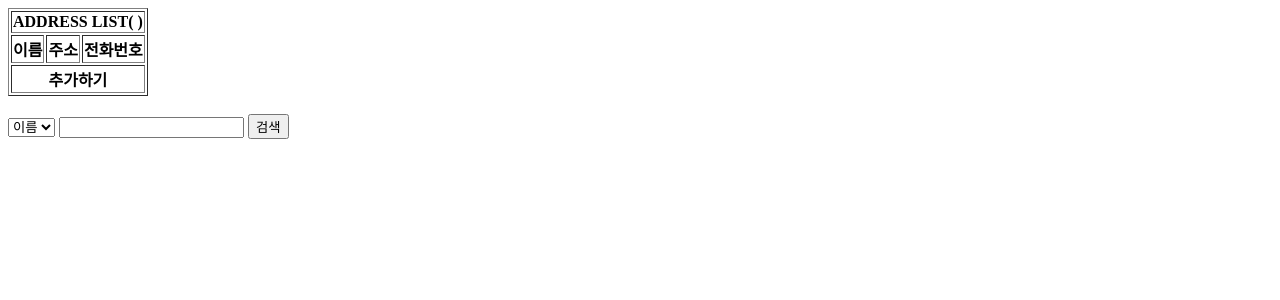
Repository: BosuMamemon/JSP_work
Page: http://localhost/JSP_Project/JQueryAddress/03-06 list.jsp
An editor plug-in stored every save of this project. The page is shown before and after the next save, followed by the edit.
The browser window is 1280 px wide. The pictures show the whole page.
The page is served by Tomcat 9.

Above is the page before, as saved 2025-03-06 06:55:10.

After the next save:
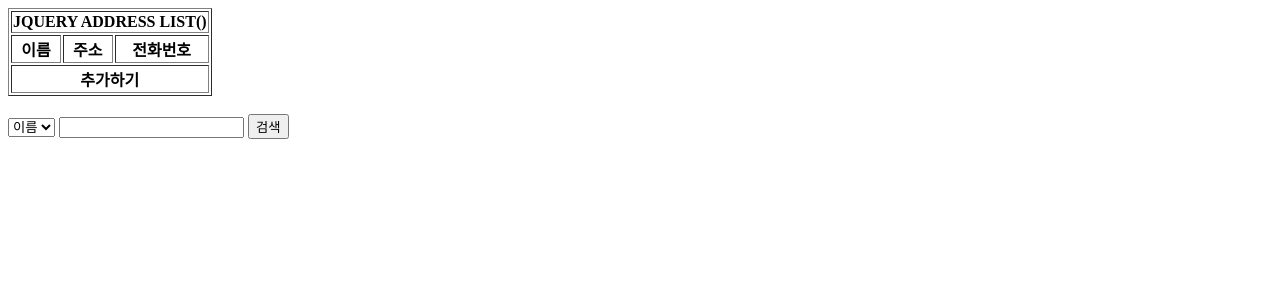
Saved 43 s later.
--- a/workspace/JSP_Project/src/main/webapp/JQueryAddress/03-06 list.jsp
+++ b/workspace/JSP_Project/src/main/webapp/JQueryAddress/03-06 list.jsp
@@ -14,9 +14,7 @@
 		<table border=1 style="text-align:center;">
 			<tr>
 				<th colspan="3">
-					ADDRESS LIST(
-
-					)
+					JQUERY ADDRESS LIST()
 				</th>
 			</tr>
 			<tr>
